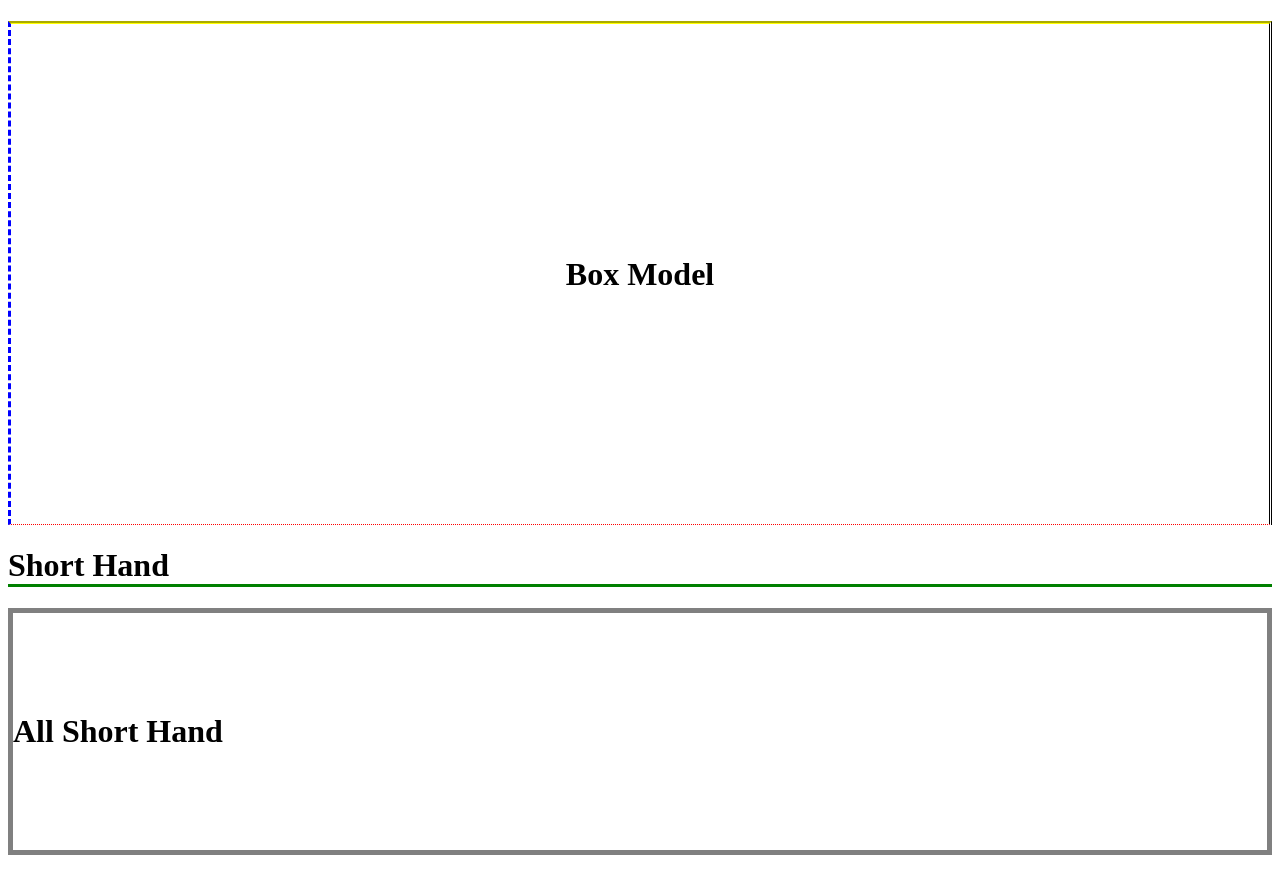
Repository: lbj0314/webTest
Page: Css_1/WebContent/css_6.html
An editor plug-in stored every save of this project. The page is shown before and after the next save, followed by the edit.
The browser window is 1280 px wide. The pictures show the whole page.

Above is the page before, as saved 2019-10-16 05:47:14.

After the next save:
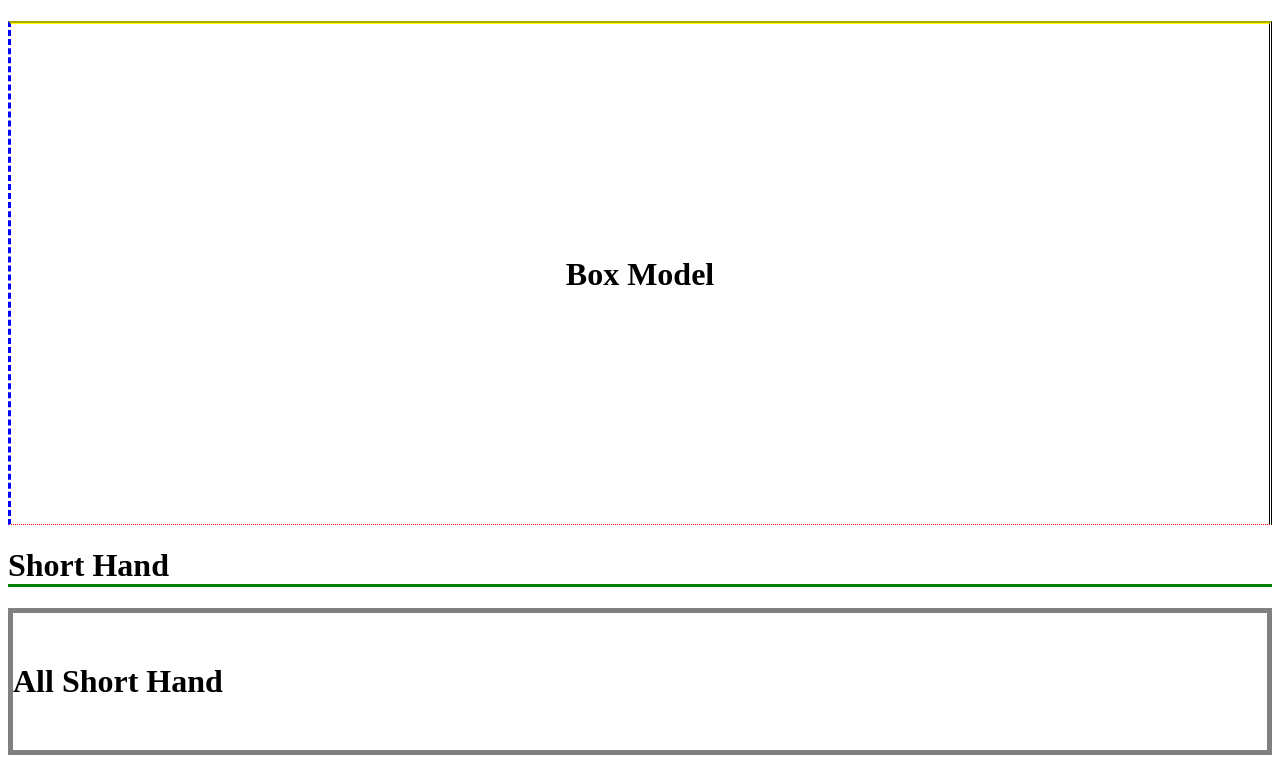
Saved 11 s later.
--- a/Css_1/WebContent/css_6.html
+++ b/Css_1/WebContent/css_6.html
@@ -28,8 +28,8 @@
 	}
 	#b3{
 		border: 5px gray solid;
-		padding-top : 100px;
-		padding-bottom: 100px;
+		padding-top : 50px;
+		padding-bottom: 50px;
 		padding-left: 50 px;
 /* 		padding-right : 50px; */
 	}

After the save that followed:
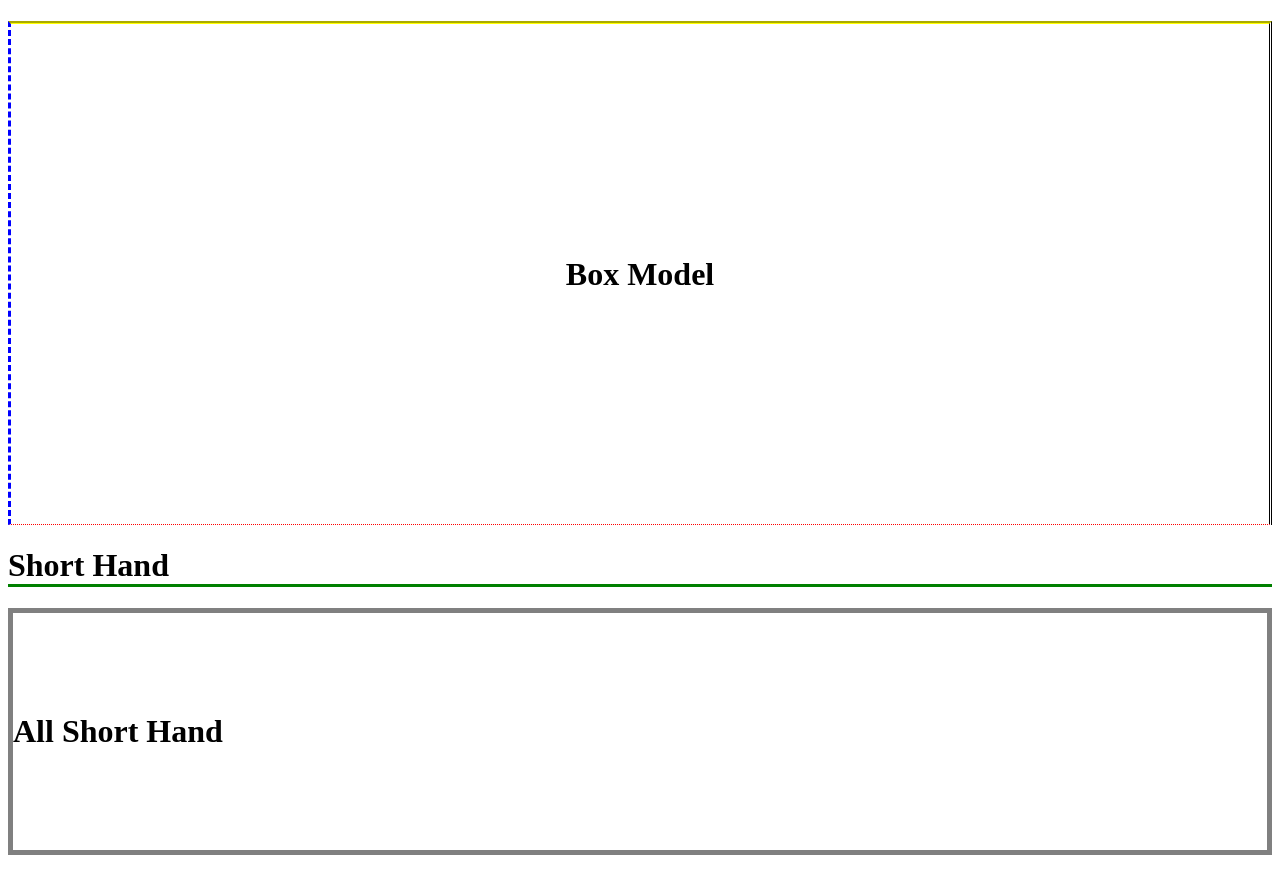
Saved 16 s later.
--- a/Css_1/WebContent/css_6.html
+++ b/Css_1/WebContent/css_6.html
@@ -28,8 +28,8 @@
 	}
 	#b3{
 		border: 5px gray solid;
-		padding-top : 50px;
-		padding-bottom: 50px;
+		padding-top : 100px;
+		padding-bottom: 100px;
 		padding-left: 50 px;
 /* 		padding-right : 50px; */
 	}
